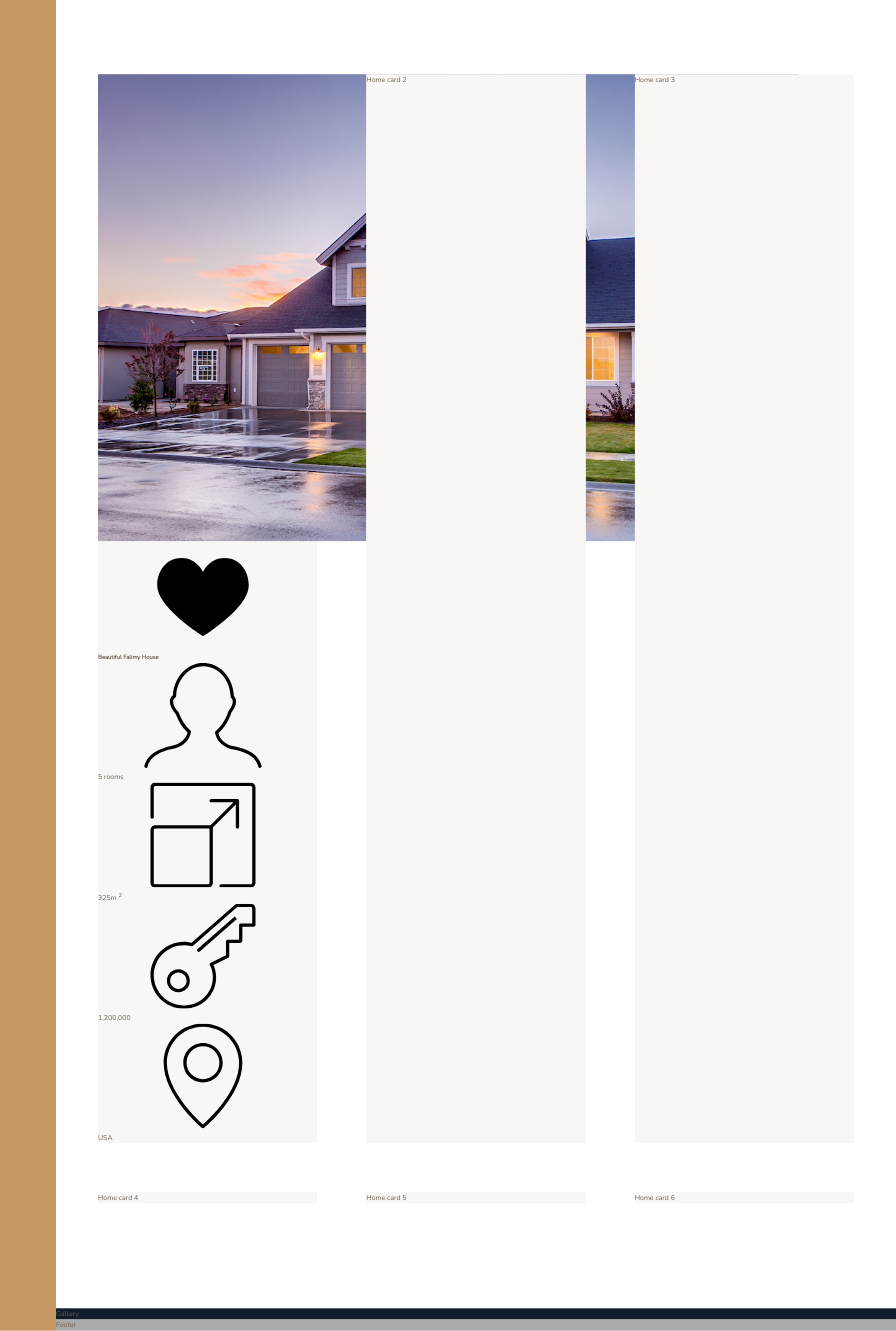
Repository: m2pd/your-home
Page: index.html
An editor plug-in stored every save of this project. The page is shown before and after the next save, followed by the edit.
The browser window is 1280 px wide. The pictures show the part of the page from y = 1800 to 3720 px (the page is 3701 px tall before and 3720 px after), at 70% of full size.
The style sheet was rebuilt from its Sass, Less or Tailwind sources for each picture, by a compiler version that may differ from the author's.

Above is the page before, as saved 2020-03-05 15:33:27.

### index.html
<!DOCTYPE html>
<html lang="en">
    <head>
        <meta charset="UTF-8">
        <meta name="viewport" content="width=device-width, initial-scale=1.0">
        <meta http-equiv="X-UA-Compatible" content="ie=edge">

        <link href="https://fonts.googleapis.com/css?family=Josefin+Sans:300,400,400i|Nunito:300,300i" rel="stylesheet">
        <link rel="stylesheet" href="css/style.css">
        <link rel="shortcut icon" type="image/png" href="img/favicon.png">

        <title>nexter &mdash; your home, your freedom</title>
    </head>
    <body class="container">

        <div class="sidebar">
            Sidebar
        </div>

        <header class="header">
            Header
        </header>

        <div class="realtors">
            3 Realtors
        </div>

        <div class="features">
            <div class="feature feature-1">
                <svg class="feature__icon">
                    <use xlink:href="img/sprite.svg#icon-global"></use>
                </svg>
                <h4 class="heading-4 heading-4--dark">World's best luxury homes</h4>
                <p class="feature__text">
                    Lorem, ipsum dolor sit amet consectetur adipisicing elit. Tenetur distinctio necessitatibus pariatur voluptatibus.
                </p>
            </div>

            <div class="feature feature-2">
                <svg class="feature__icon">
                    <use xlink:href="img/sprite.svg#icon-trophy"></use>
                </svg>
                <h4 class="heading-4 heading-4--dark">Only the best properties</h4>
                <p class="feature__text">
                    Voluptatum mollitia quae. Vero ipsum sapiente molestias accusamus rerum sed a eligendi aut quia.
                </p>
            </div>

            <div class="feature feature-3">
                <svg class="feature__icon">
                    <use xlink:href="img/sprite.svg#icon-map-pin"></use>
                </svg>
                <h4 class="heading-4 heading-4--dark">All home in top location</h4>
                <p class="feature__text">
                    Tenetur distinctio necessitatibus pariatur voluptatibus quidem consequatur harum.
                </p>
            </div>

            <div class="feature feature-4">
                <svg class="feature__icon">
                    <use xlink:href="img/sprite.svg#icon-key"></use>
                </svg>
                <h4 class="heading-4 heading-4--dark">New home in one week</h4>
                <p class="feature__text">
                    Vero ipsum sapiente molestias accusamus rerum. Lorem, ipsum dolor sit amet consectetur adipisicing elit.
                </p>
            </div>

            <div class="feature feature-5">
                <svg class="feature__icon">
                    <use xlink:href="img/sprite.svg#icon-presentation"></use>
                </svg>
                <h4 class="heading-4">Top 1% realtors</h4>
                <p class="feature__text">
                    Quidem consequatur harum, voluptatum mollitia quae. Tenetur distinctio necessitatibus pariatur voluptatibus.
                </p>
            </div>

            <div class="feature feature-6">
                <svg class="feature__icon">
                    <use xlink:href="img/sprite.svg#icon-lock"></use>
                </svg>
                <h4 class="heading-4">Secure in Payment on nexter</h4>
                <p class="feature__text">
                    Pariatur voluptatibus quidem consequatur harum, voluptatum mollitia quae.
                </p>
            </div>
        </div>

        <div class="story__pictures">
            <img src="img/story-1.jpeg" alt="Couple with new house" class="story__img--1">
            <img src="img/story-2.jpeg" alt="New house" class="story__img--2">
        </div>

        <div class="story__content">
            <h3 class="heading-3 mb-sm">Happy Customer</h3>
            <h2 class="heading-2 heading-2--dark mb-md">&ldquo;The best decsion of our live&ldquo;</h2>
            <div class="story__text">
                Lorem ipsum dolor sit amet consectetur, adipisicing elit. Asperiores ipsam aut similique cumque nesciunt accusantium perspiciatis delectus! Incidunt, debitis ipsum.
            </div>
            <button class="btn">Find your our home</button>
        </div>

        <section class="homes">
            <div class="home">
                <img src="img/house-1.jpeg" alt="House 1" class="home__img">
                <svg class="home__like">
                    <use xlink:href="img/sprite.svg#icon-heart-full"></use>
                </svg>
                <h5 class="home__name">Beautiful Falimy House</h5>
                <div class="home__rooms">
                    <svg>
                        <use xlink:href="img/sprite.svg#icon-profile-male"></use>
                    </svg>
                    <p>5 rooms</p>
                </div>
                <div class="home__area">
                    <svg>
                        <use xlink:href="img/sprite.svg#icon-expand"></use>
                    </svg>
                    <p>325m <sup>2</sup></p>
                </div>
                <div class="home__price">
                    <svg>
                        <use xlink:href="img/sprite.svg#icon-key"></use>
                    </svg>
                    <p>1,200,000</p>
                </div>
                <div class="home__location">
                    <svg>
                        <use xlink:href="img/sprite.svg#icon-map-pin"></use>
                    </svg>
                    <p>USA</p>
                </div>
            </div>
            <div class="home">Home card 2</div>
            <div class="home">Home card 3</div>
            <div class="home">Home card 4</div>
            <div class="home">Home card 5</div>
            <div class="home">Home card 6</div>
        </section>

        <section class="gallery">
            Gallery
        </section>

        <footer class="footer">
            Footer
        </footer>

    </body>
</html>

### sass/_base.scss
// COLOR VARIABLES
$color-primary: #c69963;
$color-primary-dark: #B28451;

$color-secondary: #101d2c;

$color-grey-light-1: #f9f7f6;
$color-grey-light-2: #aaa;

$color-grey-dark-1: #54483A;
$color-grey-dark-2: #6D5D4B;

// FONT VARIABLES
$font-primary: 'Nunito', sans-serif;
$font-display: 'Josefin Sans', sans-serif;


*,
*::before,
*::after{
    margin:0;
    padding:0;
    box-sizing: inherit;
}

html{
    font-size:62.5%;
    box-sizing: border-box;
}

body{
    font-family: $font-primary;
    color: $color-grey-dark-2;
    font-weight: 300;
    line-height: 1.6;
}

.container{
    display: grid;
    grid-template-rows: 80vh min-content 40vw repeat(3, min-content);
    grid-template-columns:[sidebar-start] 8rem [sidebar-end full-start] minmax(6rem, 1fr) [center-start] repeat(8, [col-start] minmax(min-content, 14rem) [col-end]) [center-end] minmax(6rem, 1fr) [full-end];

}

### sass/_typography.scss
%heading {
  font-family: $font-display;
  font-weight: 400;
}

.heading-1 {
  @extend %heading;
}

.heading-2 {
  @extend %heading;
  font-size: 4rem;
  font-style: italic;
  line-height: 1;

  &--light{ color: $color-grey-light-1;}
  &--dark{ color: $color-grey-dark-1;}
}

.heading-3 {
  @extend %heading;

  font-size: 1.6rem;
  color: $color-primary;
  text-transform: uppercase;

}

.heading-4 {
  @extend %heading;
  font-size: 1.9rem;

  &--light{ color: $color-grey-light-1;}
  &--dark{ color: $color-grey-dark-1;}

}

.btn{
    background-color: $color-primary;
    color: #fff;
    font-size: 1.5rem;
    border: none;
    border-radius: none;
    padding: 1.6rem  3rem;
    text-transform: uppercase;
    cursor: pointer;
    transition: all .2s;

    &:hover{
      background-color: $color-primary-dark;
    }
}

.mb-sm{ margin-bottom: 2rem; }
.mb-md{ margin-bottom: 3rem; }
.mb-lg{ margin-bottom: 4rem; }
.mb-hg{ margin-bottom: 8rem; }

### sass/_features.scss
.features{
    grid-column: center-start /  center-end;

    margin: 15rem 0;
    display: grid;
    // grid-template-columns: repeat(3, 1fr);
    grid-template-columns: repeat(auto-fit, minmax(25rem, 1fr));
    grid-gap: 6rem;
}

.feature{
    display: grid;
    grid-template-columns: min-content 1fr;
    grid-column-gap: 2.5rem;
    grid-row-gap: 1.5rem;

    align-items: start;

    &__icon{
        fill: $color-primary;
        width:4.5rem;
        height:4.5rem;

        grid-row: 1 / span 2;
    }

    &__text{
        font-size: 1.7rem;
    }
}

### sass/_story.scss
.story{
    &__pictures{
        background-color: $color-primary;
        grid-column: full-start / col-end 4;
        background-image:linear-gradient(rgba($color-primary,.5), rgba($color-primary, .5)),
                         url(../img/back.jpg);

        display: grid;
        grid-template-columns: repeat(6, 1fr);
        grid-template-rows: repeat(6, 1fr);
        align-items:center ;
    }

    &__img--1{
        width: 100%;
        grid-column: 2 / 6;
        grid-row: 2 / 6;
        box-shadow: 0 2rem 5rem rgba(#000, .1);
    }

    &__img--2{
        width: 115%;
        grid-column: 4 / 7;
        grid-row: 4 / 6;
        z-index: 20;
        box-shadow: 0 2rem 5rem rgba(#000, .1);

    }

    &__content{
        background-color: $color-grey-light-1;
        grid-column: col-start 5 / full-end;

        padding: 6rem 8vw;

        // display: flex;
        // flex-direction: column;
        // justify-content: center;
        // align-items: flex-start;

        display: grid;
        align-content: center;
        justify-items: start;
    }

    &__text{
        font-size: 1.5rem;
        font-style: italic;
        margin-bottom: 4rem;


    }
}

### sass/_homes.scss
.homes{
    grid-column: center-start / center-end;
    margin: 15rem 0;

    display: grid;
    grid-template-columns: repeat(auto-fit, minmax(25rem, 1fr));
    grid-gap: 7rem;
}

.home{
    background-color:  $color-grey-light-1;
}

### sass/_gallery.scss
.gallery{
    background-color: $color-secondary;
    grid-column: full-start / full-end;
}

### sass/_footer.scss
.footer{
    background-color: $color-grey-light-2;
    grid-column: full-start / full-end;
}

Loaded but not shown: sass/main.scss (common file); sass/_sidebar.scss (common file); sass/_header.scss (common file); sass/_realtors.scss (common file)

After the next save:
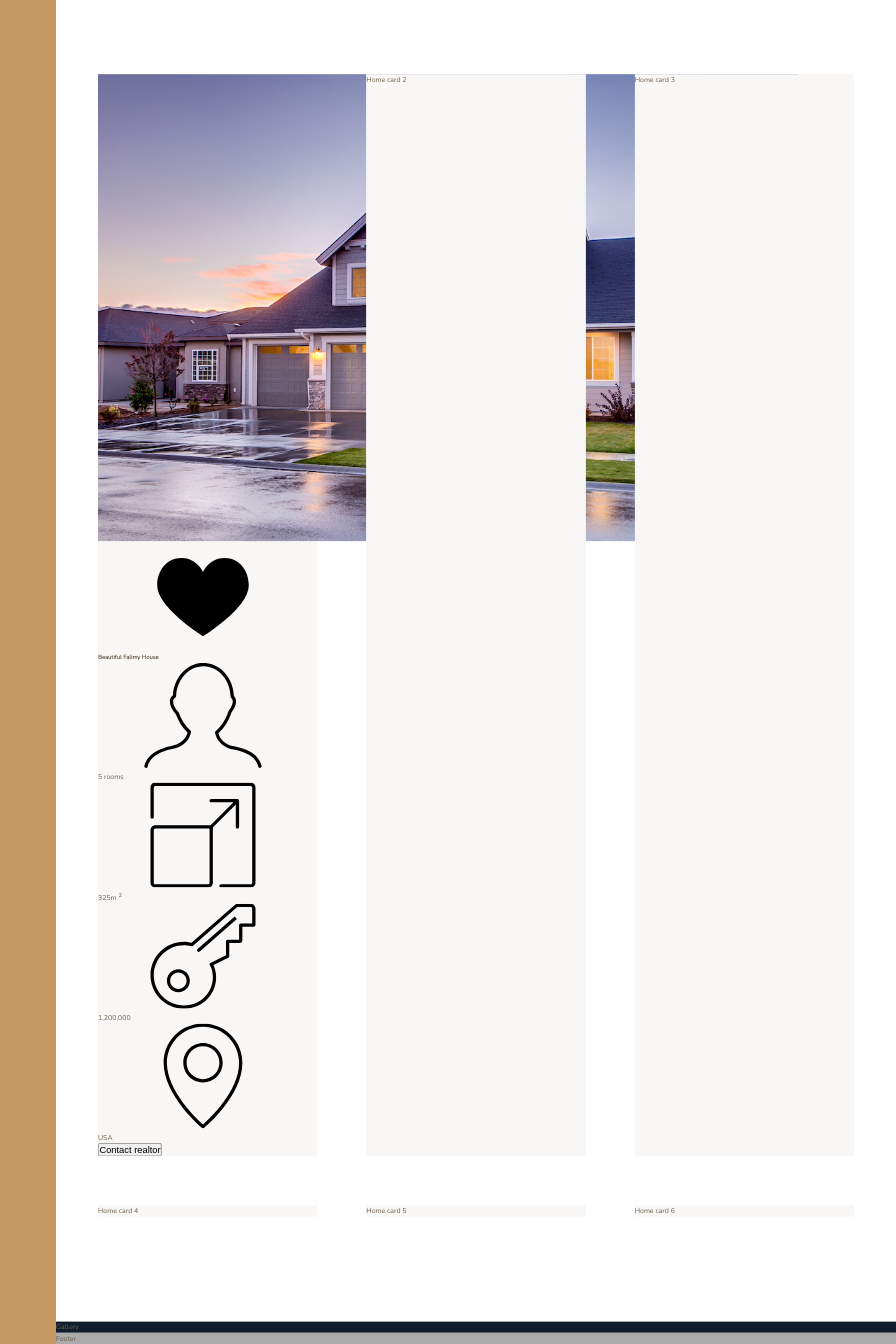
Saved 28 s later.
--- a/index.html
+++ b/index.html
@@ -132,6 +132,7 @@
                     </svg>
                     <p>USA</p>
                 </div>
+                <button class="cta">Contact realtor</button>
             </div>
             <div class="home">Home card 2</div>
             <div class="home">Home card 3</div>
